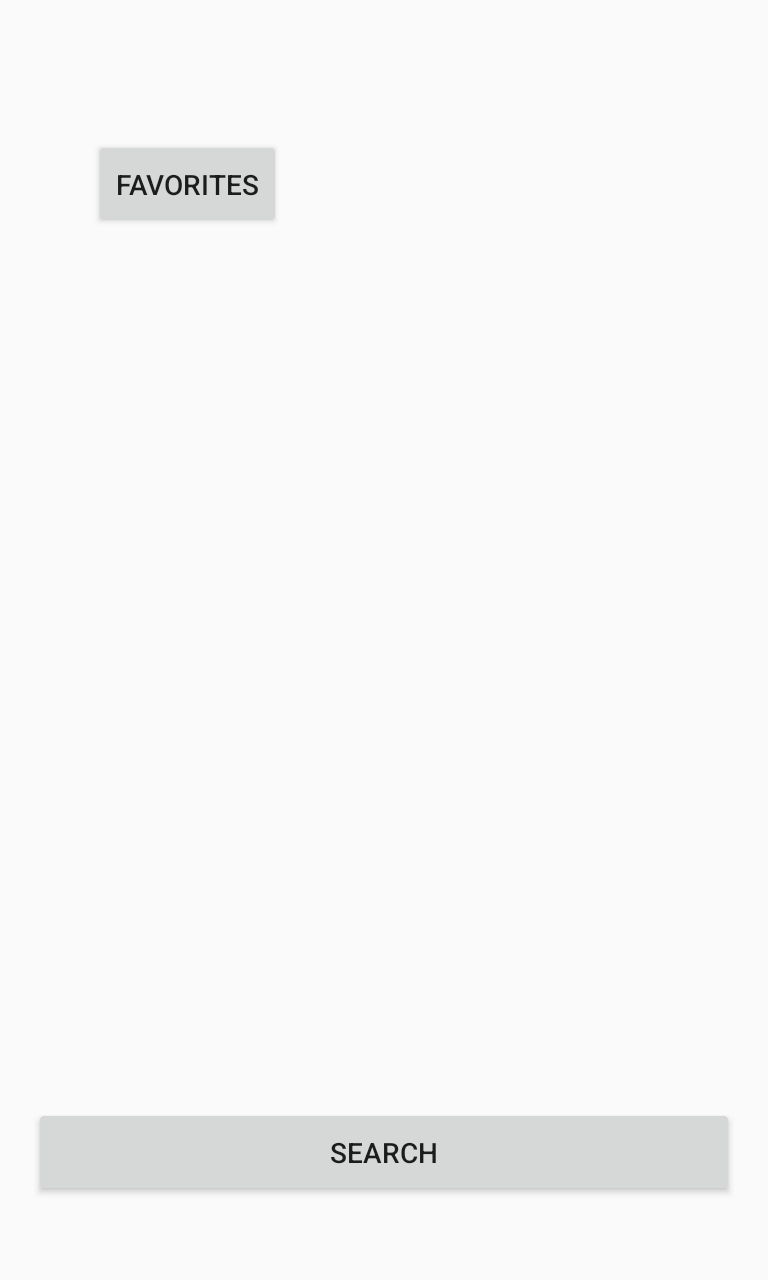
Repository: Y-GO/YGO_Parking_Project_Client
Layout: Ygo_Parking_Project/res/layout/activity_main.xml
These files come from the project's save history. The layout is drawn as it stood at one moment and after the next save; the edit follows.
It is drawn on a 768 x 1280 px phone screen (xhdpi) without system bars, with theme AppTheme; the app's code is not run. The app's manifest (not shown) leaves right-to-left support off. So textAlignment, textDirection and layoutDirection are ignored, and left and right values win over start and end ones.

Above is the layout before, as saved 2014-07-30 18:13:38.

### Ygo_Parking_Project/res/layout/activity_main.xml
<RelativeLayout xmlns:android="http://schemas.android.com/apk/res/android"
    xmlns:tools="http://schemas.android.com/tools"
    android:id="@+id/mainMenu"
    android:layout_width="match_parent"
    android:layout_height="match_parent"
    android:paddingBottom="@dimen/activity_vertical_margin"
    android:paddingLeft="@dimen/activity_horizontal_margin"
    android:paddingRight="@dimen/activity_horizontal_margin"
    android:paddingTop="@dimen/activity_vertical_margin"
    tools:context="com.ygo.ygo_parking_project.MainActivity" >

    <Button
        android:id="@+id/buttonFavorites"
        android:layout_width="wrap_content"
        android:layout_height="wrap_content"
        android:layout_alignParentLeft="true"
        android:layout_alignParentTop="true"
        android:layout_marginLeft="30dp"
        android:layout_marginTop="52dp"
        android:text="@string/favorites" />

    <Button
        android:id="@+id/buttonSearch"
        android:layout_width="wrap_content"
        android:layout_height="wrap_content"
        android:layout_alignParentBottom="true"
        android:layout_alignParentEnd="true"
        android:layout_alignParentStart="true"
        android:layout_centerHorizontal="true"
        android:layout_marginBottom="24dp"
        android:text="@string/search" />

</RelativeLayout>

### Ygo_Parking_Project/res/values/strings.xml
<?xml version="1.0" encoding="utf-8"?>
<resources>

    <string name="app_name">Ygo_Parking_Project</string>
    <string name="hello_world">Hello world!</string>
    <string name="action_settings">Settings</string>
    <string name="medium_text">Medium Text</string>
    <string name="login">Login</string>
    <string name="user_">"User: "</string>
    <string name="user">User:</string>
    <string name="password">Password:</string>
    <string name="title_activity_favorites">Favorites</string>
    <string name="title_activity_add_favorites">Add Favorites</string>
    <string name="exit_app">Exit</string>
    <string name="end_exit2">Exit</string>
    <string name="title_activity_main">MainActivity</string>
    <string name="insert_address">Insert address:</string>
    <string name="save">Save</string>
    <string name="title">Title:</string>
    <string name="search">Search</string>
    <string name="favorites">Favorites</string>

</resources>

Loaded but not shown: Ygo_Parking_Project/res/values/styles.xml (common file); Ygo_Parking_Project/res/values-v11/styles.xml (common file); Ygo_Parking_Project/res/values-v14/styles.xml (common file); Ygo_Parking_Project/res/values/dimens.xml (common file); Ygo_Parking_Project/res/values-w820dp/dimens.xml (common file)

After the next save:
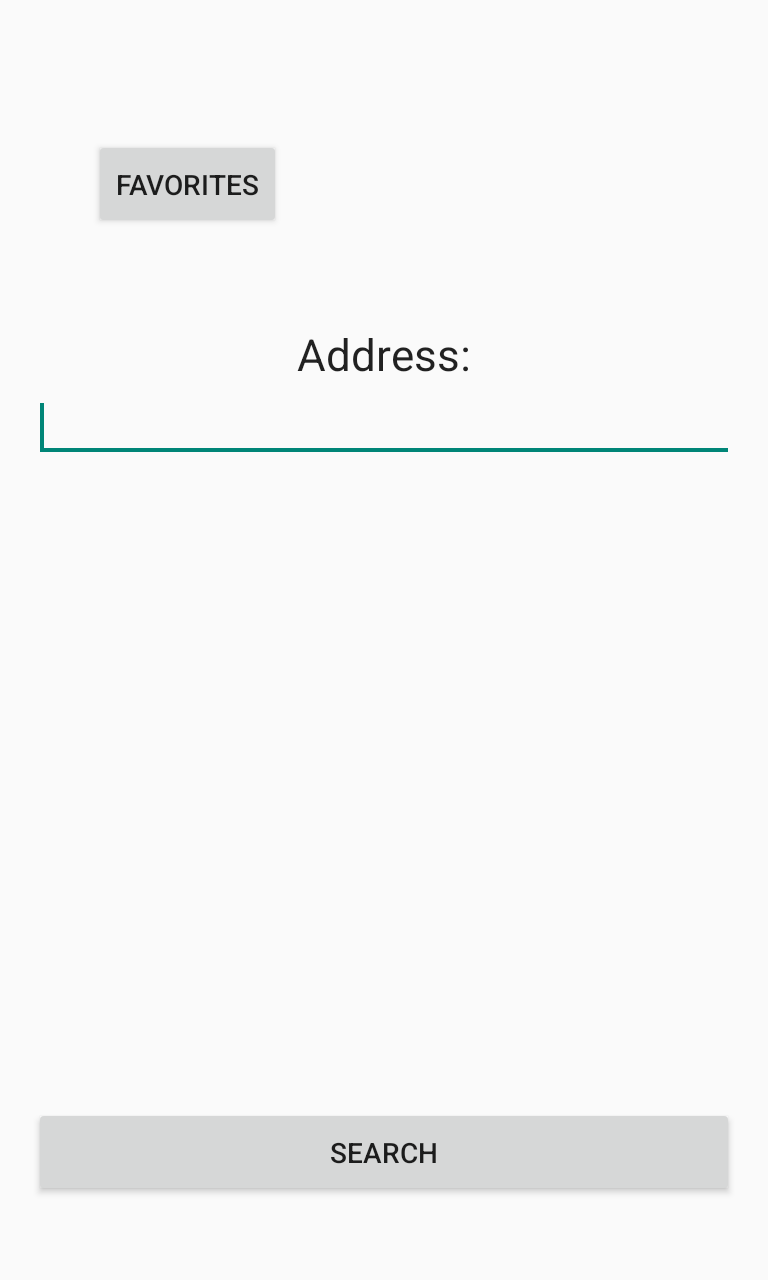
Saved 15 min 34 s later.
--- a/Ygo_Parking_Project/res/layout/activity_main.xml
+++ b/Ygo_Parking_Project/res/layout/activity_main.xml
@@ -13,8 +13,6 @@
         android:id="@+id/buttonFavorites"
         android:layout_width="wrap_content"
         android:layout_height="wrap_content"
-        android:layout_alignParentLeft="true"
-        android:layout_alignParentTop="true"
         android:layout_marginLeft="30dp"
         android:layout_marginTop="52dp"
         android:text="@string/favorites" />
@@ -30,4 +28,33 @@
         android:layout_marginBottom="24dp"
         android:text="@string/search" />
 
+    <LinearLayout
+        android:layout_width="wrap_content"
+        android:layout_height="wrap_content"
+        android:layout_alignParentEnd="true"
+        android:layout_alignParentRight="true"
+        android:layout_alignParentStart="true"
+        android:layout_below="@+id/buttonFavorites"
+        android:orientation="vertical" >
+
+        <TextView
+            android:id="@+id/textView1"
+            android:layout_width="wrap_content"
+            android:layout_height="wrap_content"
+            android:layout_gravity="center_horizontal"
+            android:layout_marginTop="46dp"
+            android:text="Address:"
+            android:textAppearance="?android:attr/textAppearanceLarge" />
+
+        <EditText
+            android:id="@+id/editTextAddress"
+            android:layout_width="match_parent"
+            android:layout_height="wrap_content"
+            android:ems="10" android:inputType="text">
+
+            <requestFocus />
+        </EditText>
+
+    </LinearLayout>
+
 </RelativeLayout>
